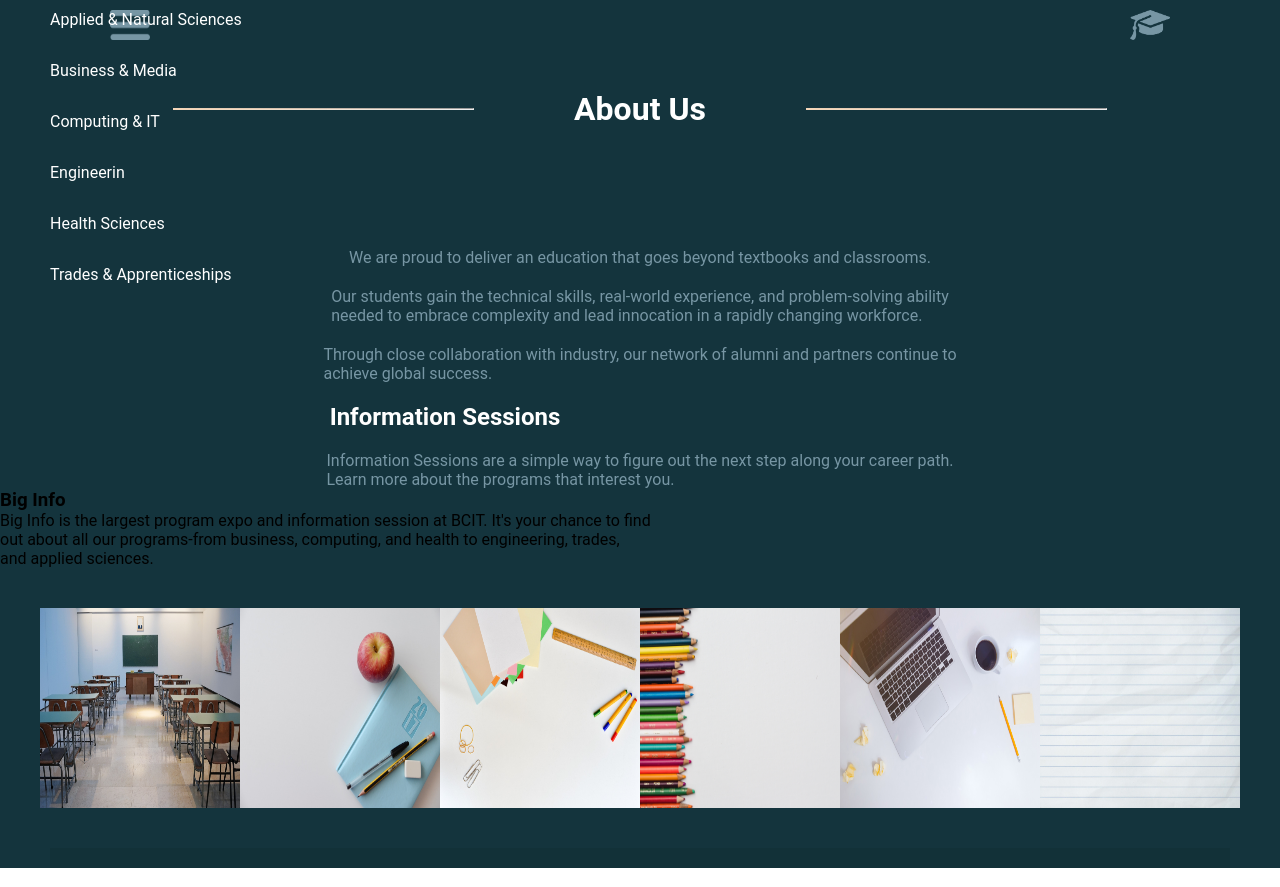
Repository: Sheraliramzan/Aly_A01253508_Assignment1
Page: /about
These files come from the project's save history. The page is drawn as it stood at one moment and after the next save; the edit follows.
The browser window is 1280 px wide. The pictures show the whole page.
The project was rebuilt for these pictures with package versions that can differ from the ones it lists, and the page was loaded fresh each time. The framework's server and built-in components were replaced by stand-ins that run in the browser. Also part of the build but not shown: next.config.js.

Above is the page before, as saved 2023-02-05 08:53:18.

After the next save:
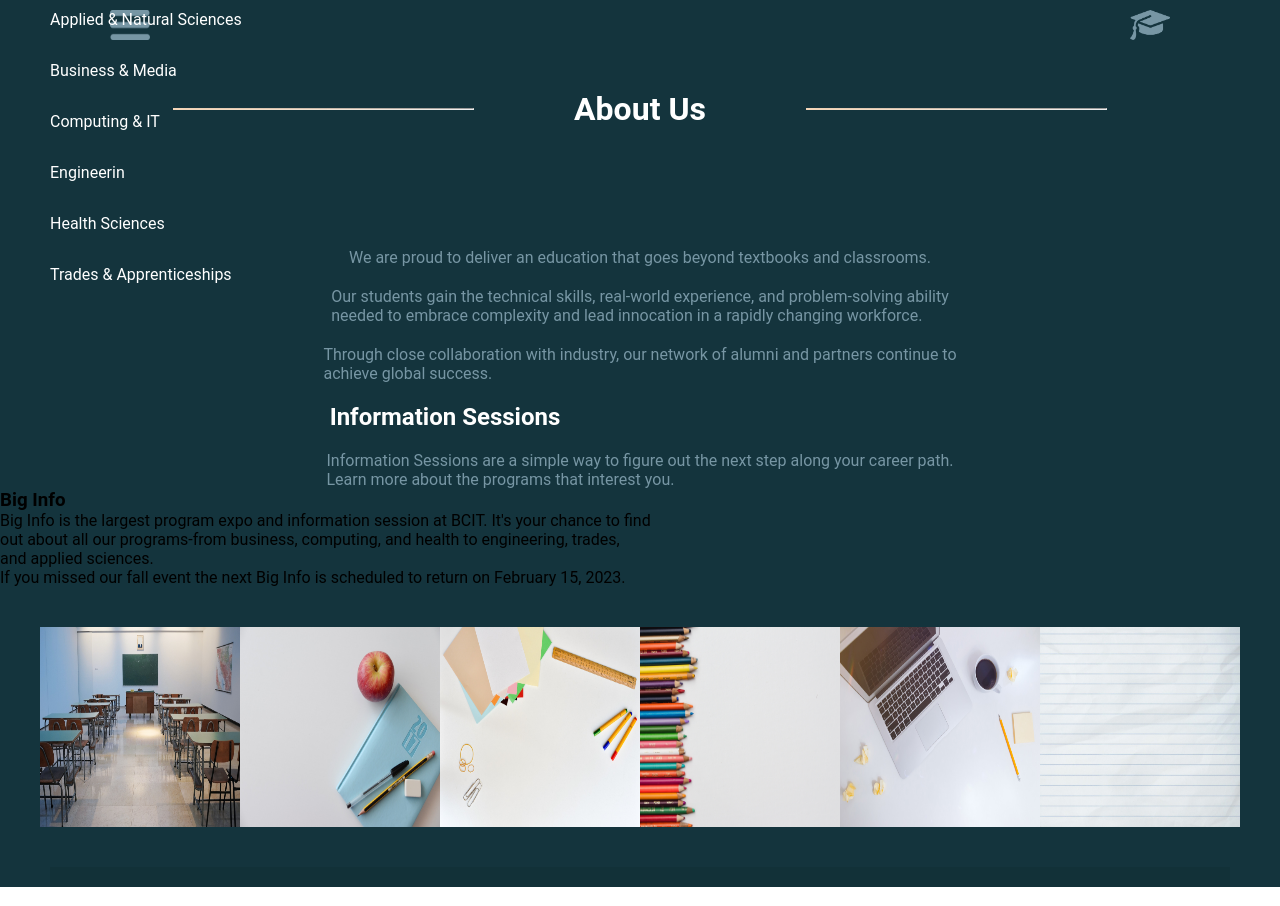
Saved 8 s later.
--- a/pages/about.js
+++ b/pages/about.js
@@ -44,7 +44,8 @@ const About = () => {
                 programs-from business, computing, and health to engineering,
                 trades,
                 <br /> and applied sciences.</p>
-              <p></p>
+              <p>If you missed our fall event the next Big Info is scheduled to
+                return on February 15, 2023.</p>
               <p></p>
               <h2></h2>
               <h3></h3>
